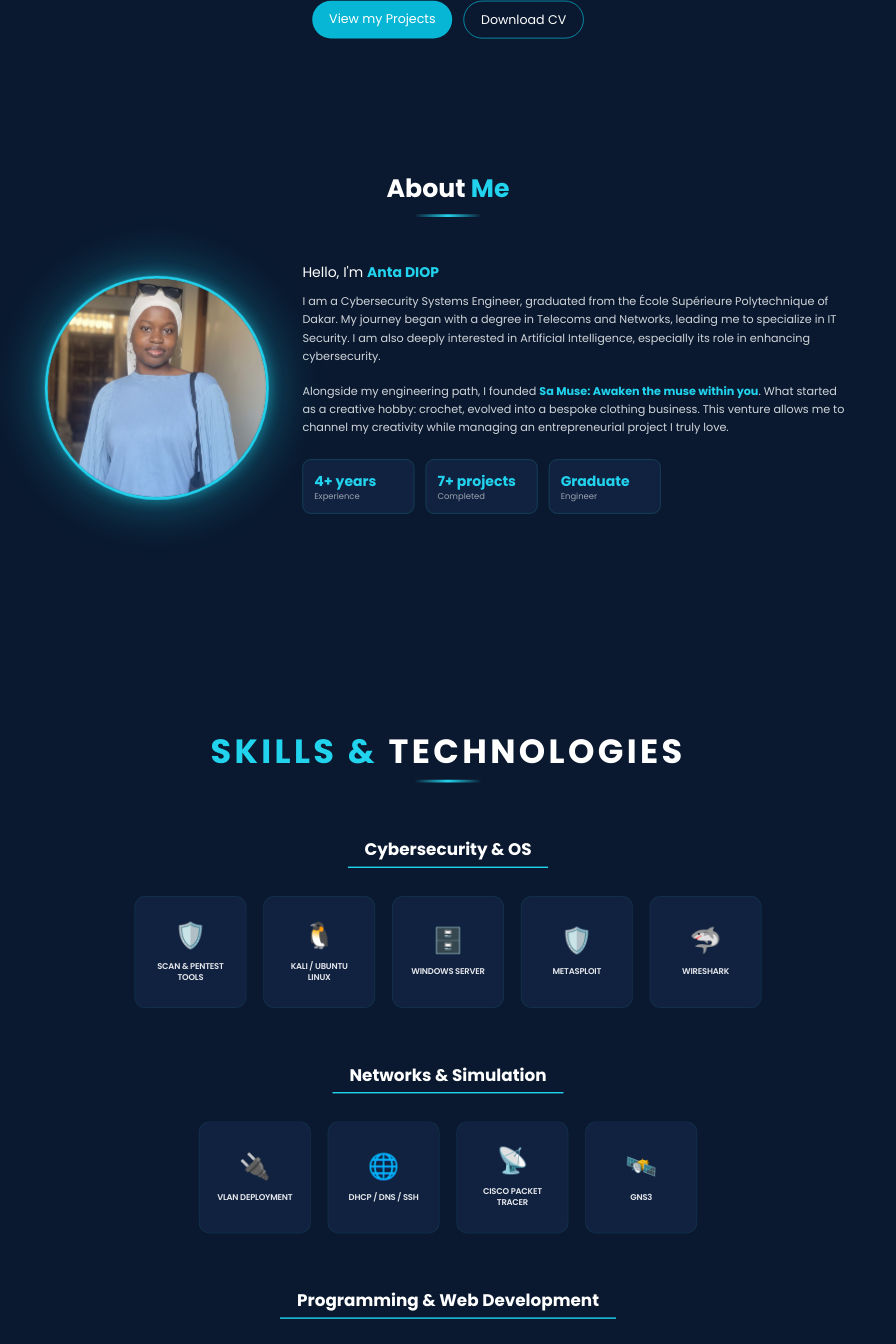
Repository: AntaaaKD/Mon-Portfolio
Page: /
An editor plug-in stored every save of this project. The page is shown before and after a run of saves, followed by the edit.
The browser window is 1280 px wide. The pictures show the part of the page from y = 470 to 2390 px (the page is 8660 px tall before and 8584 px after), at 70% of full size.
The project was rebuilt for these pictures with package versions that can differ from the ones it lists, and the page was loaded fresh each time.

Above is the page before, as saved 2026-01-15 13:05:29.

After the next 2 saves:
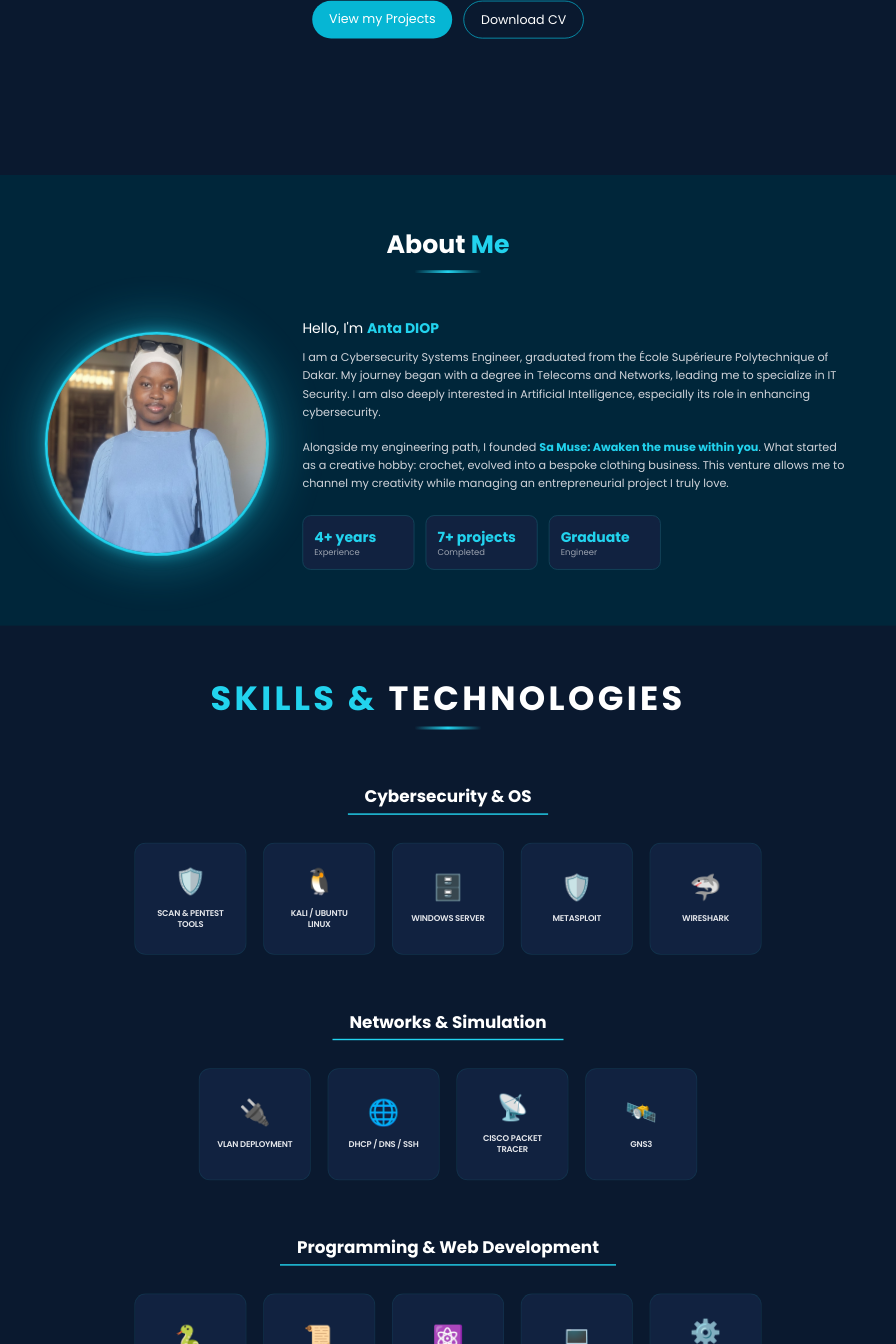
The 2 saves are shown as one change because they came seconds apart.
The last was saved 7 s later.
--- a/src/components/About.jsx
+++ b/src/components/About.jsx
@@ -2,7 +2,7 @@ import React from 'react';
 
 const About = () => {
   return (
-    <section id="about" className="relative w-full min-h-screen bg-transparent text-white">
+    <section id="about" className="py-20 px-4 bg-custom-blue text-white">
       <div className="max-w-6xl mx-auto">
         {/* Titre de la section */}
         <h2 className="text-4xl font-bold text-center mb-16">
